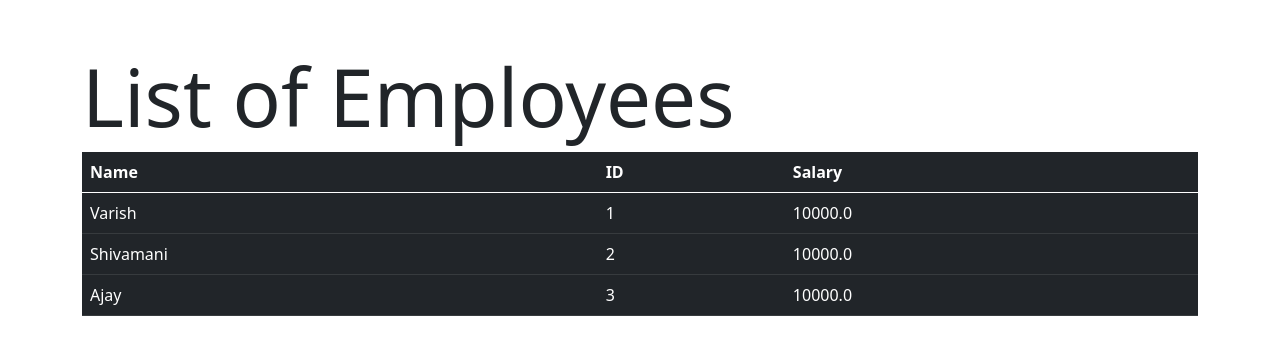
Repository: valletivarish/monojsp
Page: http://localhost/05-jsp-jstl-tags-demo/emp-jstl-forEach-demo.jsp
The author's editor kept a copy of each file at every save. The page is drawn from the files as they stood at one save, then again after the next save.
The browser window is 1280 px wide. The pictures show the whole page.
The page is served by Tomcat 9.

Above is the page before, as saved 2024-07-15 08:23:21.

After the next save:
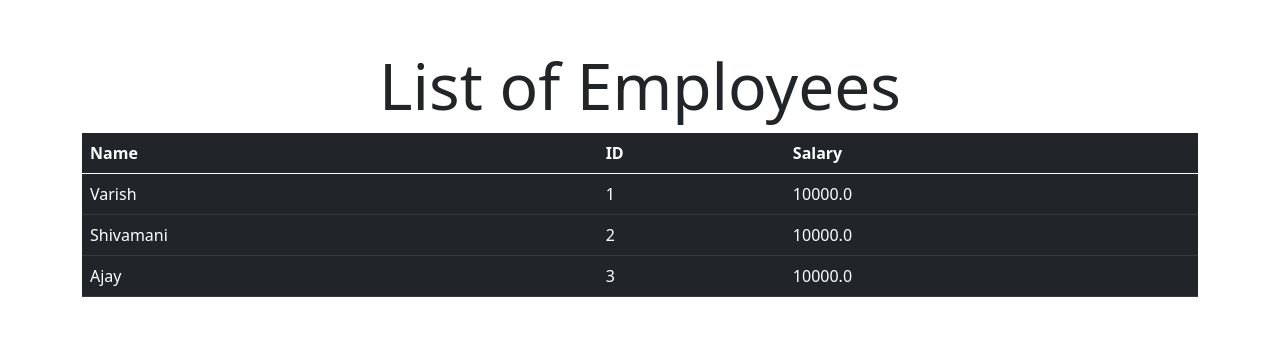
Saved 20 s later.
--- a/05-jsp-jstl-tags-demo/WebContent/emp-jstl-forEach-demo.jsp
+++ b/05-jsp-jstl-tags-demo/WebContent/emp-jstl-forEach-demo.jsp
@@ -21,7 +21,7 @@
         pageContext.setAttribute("myEmployees", employees);
     %>
    	<div class="container my-5">
-   		<h1 class="display-1">List of Employees</h1>
+   		<h1 class="display-3 text-center">List of Employees</h1>
    		<table class="table table-hover table-dark">
         <thead>
             <tr>
